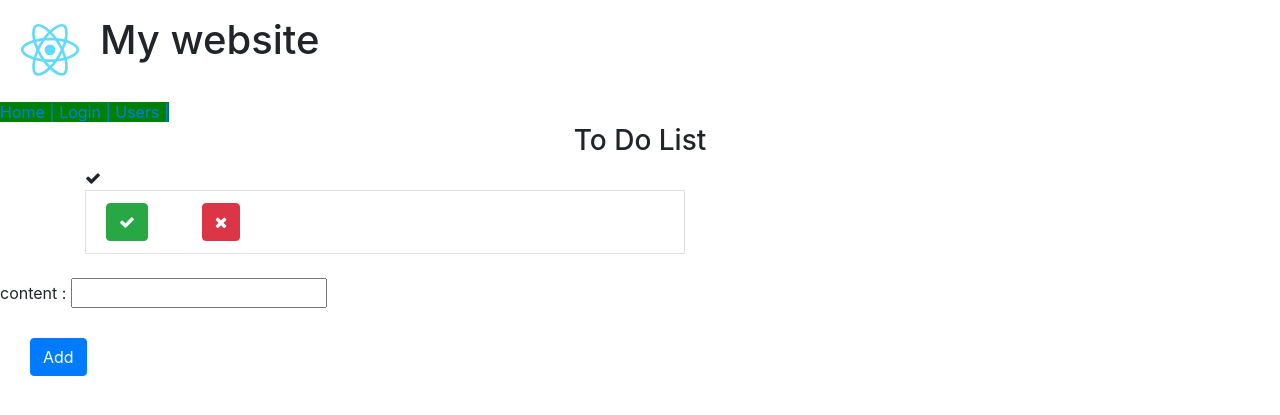
Repository: Marwa-Medhat/ReactJS-Labs
Page: /todolist (app in myapp/), after clicking the first element matching `button.btn`
An editor plug-in stored every save of this project. The page is shown before and after the next save, followed by the edit.
The browser window is 1280 px wide. The pictures show the whole page.
The project was rebuilt for these pictures with package versions that can differ from the ones it lists, and the page was loaded fresh each time.

Above is the page before, as saved 2021-04-28 20:55:00.

### myapp/src/index.js
import React from 'react';
import ReactDOM from 'react-dom';
import './index.css';
// import App from './App';
import App from './main';
import reportWebVitals from './reportWebVitals';

ReactDOM.render(
    <App />,
  document.getElementById('root')
);

// If you want to start measuring performance in your app, pass a function
// to log results (for example: reportWebVitals(console.log))
// or send to an analytics endpoint. Learn more: https://bit.ly/CRA-vitals
reportWebVitals();

### myapp/src/main.js
import React from "react";
import logo from './logo.svg';

import {
  BrowserRouter as Router,
  Switch,
  Route,
  Link,
  useRouteMatch,
  useParams
} from "react-router-dom";

import {Header,Menu} from './Header2'
import Todo from './todo'

class App extends React.Component{
    constructor(){
        super();
        this.state = {
            items:[
            {
                text:"Home",
                link:"/home"
            },
            {
                text:"Login",
                link:"/login"
            },
            {
                text:"Users",
                link:"/users"
            },

        ]
    }
    }

    toggleActive=(text)=>{

        this.state.items.forEach((item)=>item.active=false);
        let item = this.state.items.find(x=>x.text==text);
        item.active = !item.active
        this.setState({items:this.state.items});
    }
    render(){
        return <Router>
            <Header title="My website" logo={logo} menu={this.state.items} toggleActive={this.toggleActive} />
            <Switch>
                <Route path="/users" >
                    <UserList />
                </Route>
                <Route path="/login" >
                    <Login />
                </Route>
                <Route path="/" >
                    <Todo />
                </Route>
            </Switch>
        </Router>
    }
}


class Home extends React.Component{
    render(){
        return <div>Home</div>;
    }
}




class UserList extends React.Component{

    constructor(){
        super();
        this.state={
            users:[],
            loading:false
        };
    }

    async componentDidMount(){
        this.setState({loading:true});
        setTimeout(async ()=>{


        let res= await fetch("https://reqres.in/api/users?page=2",{
            method:"GET",
            headers:{
                "content-type":"application/json"
            }
        });
        let resJson = await res.json();
        this.setState({users:resJson.data,loading: false});
    },5000)
    }

    render(){
        return <div>
            {!this.state.loading ? this.state.users.map((item)=>{
                return <UserView key={item.id}  user={item} />
            }): "Loading Users"}
        </div>
    }
}

class Login extends React.Component{

    constructor(){
        super();
        this.state={
            username:"",
            email:"",
            password:""
        }
    }

    setInputValue=(e)=>{
        this.setState({[e.target.name]:e.target.value});
    }

    login=async ()=>{
        let user = {
            email:this.state.email,
            password:this.state.password
        }
        let res= await fetch("https://reqres.in/api/login",{
            method:"POST",
            headers:{
                "content-type":"application/json"
            },
            body:JSON.stringify(user)
        });
        let resJson = await res.json();
        if(resJson.token){
            alert("Login success");
        }else{
            alert(resJson.error)
        }
    }

    render(){
        return <div>
            <h1>Login</h1>
            Username:<input type="text" value={this.state.username} onChange={this.setInputValue} name="username" /><br/>
            Password:<input type="password" value={this.state.password} onChange={this.setInputValue} name="password" /><br/>
            Email:<input type="email" value={this.state.email} onChange={(e)=>this.setState({email:e.target.value})} name="email" /><br/>
            <button onClick={this.login}>Login</button>
        </div>
    }
}

class UserView extends React.Component{
    constructor(){
        super();

    }

    render(){
        return <div>
            <img src={this.props.user.avatar} style={{width:100,height:100}} /><br/>
            <span>{this.props.user.first_name} {this.props.user.last_name}</span>
            <div>Email : {this.props.user.email}</div>
        </div>
    }
}



export default App;

### myapp/src/Header2.js
import React from 'react';
import PropTypes from 'prop-types';
import {Link} from "react-router-dom";
class Header extends React.Component{

    render(){
        let h1Style={
            display:"inline-block"
        }

        return <div>
            <img style={{width:100,height:100}} src={this.props.logo} />
            <h1 style={h1Style} >{this.props.title}</h1>
            <Menu items={this.props.menu} toggleActive={this.props.toggleActive} />
        </div>
    }
}

Header.defaultProps ={
    title:"Website Title"
}

Header.propTypes = {
    title:PropTypes.string
}

class Menu extends React.Component{

    constructor(props){
        super();

    }

    render(){
        return <div>
            {this.props.items.map((item,i)=>{
                return <Link key={item.text} style={{backgroundColor:item.active?"red":"green"}} onClick={()=>this.props.toggleActive(item.text)} to={item.link} > {item.text} |</Link>
            })}
        </div>
    }
}

Menu.defaultProps={
    items:[]
}

export {Header,Menu};

### myapp/src/todo.js
import React from 'react';
import 'bootstrap/dist/css/bootstrap.min.css'
import { ListGroup } from 'react-bootstrap';
import 'font-awesome/css/font-awesome.min.css';

class Todo extends React.Component{
    constructor(){
        super();
        this.state={
            contents:[]
        }
    }

    componentDidMount(){
        if(localStorage["contents"]){
        let contents = JSON.parse(localStorage["contents"])
        this.setState({contents:contents})
        }
    }
    saveToLocalStorage=()=>{
        localStorage["contents"] = JSON.stringify(this.state.contents);
    }

    addContent=(content)=>{
        this.state.contents.push(content);
        this.setState({contents:this.state.contents});
        this.saveToLocalStorage();
    }




    render(){
        return <div>
            <h3 style={{textAlign:"center",}}>To Do List</h3>
            <div className="container center" >
            <DisplayTasks contents={this.state.contents} /><br/>
            </div>
            <AddTask style={{textAlign:"center",}}addContent={this.addContent} />
        </div>
    }

}


class AddTask extends React.Component{

    constructor(props){
        super();
        this.state={
            content:"",

        }
    }

    addContent=()=>{
        let content = {
            content:this.state.content,
        }

        this.props.addContent(content);
    }


    render(){
        return <div>
            content : <input type="text" value={this.state.content} onChange={(e)=>this.setState({content:e.target.value})} />
           <br/> <button onClick={this.addContent} className="btn btn-primary " style={{ margin: 30,}}>Add</button>
        </div>
    }
}


class DisplayTasks extends React.Component{
    render(){
        return <div class="list-group ">
            {this.props.contents.length > 0 ?this.props.contents.map((item)=>{
                return <DisplayTask content={item} key={item.content} />
            }):"Empty"}
        </div>
    }
}

DisplayTasks.defaultProps={
    contents:[]
}

class DisplayTask extends React.Component{

    // <i className="fa fa-times danger" ></i>
    render(){
        return <div>
            <i class="fa fa-check" aria-hidden="true"></i>
    <a href="#" class="list-group-item list-group-item-action " style={{width:600 ,fontWeight:'bolder'}}>{this.props.content.content} <button className="btn btn-success" style={{ marginRight: 50}}><i className="fa fa-check "></i></button>   <button className="btn btn-danger"><i className="fa fa-times btn-danger" ></i></button></a>

    </div>
    }
}
export default Todo;

Loaded but not shown: myapp/public/index.html (common file); myapp/src/index.css (common file); myapp/src/reportWebVitals.js (common file)

After the next save:
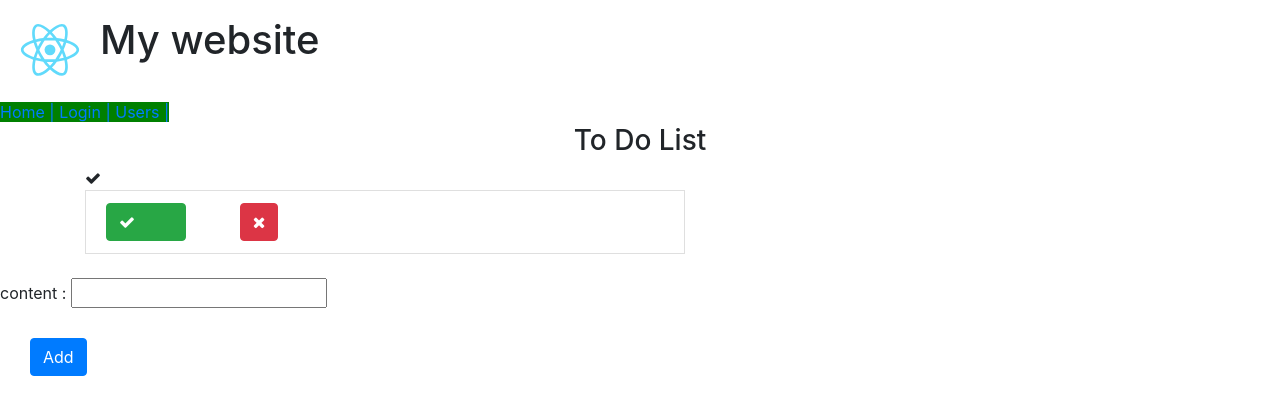
Saved 32 s later.
--- a/myapp/src/todo.js
+++ b/myapp/src/todo.js
@@ -91,7 +91,7 @@
     render(){
         return <div>
             <i class="fa fa-check" aria-hidden="true"></i>
-    <a href="#" class="list-group-item list-group-item-action " style={{width:600 ,fontWeight:'bolder'}}>{this.props.content.content} <button className="btn btn-success" style={{ marginRight: 50}}><i className="fa fa-check "></i></button>   <button className="btn btn-danger"><i className="fa fa-times btn-danger" ></i></button></a>
+    <a href="#" class="list-group-item list-group-item-action " style={{width:600 ,fontWeight:'bolder'}}>{this.props.content.content} <button className="btn btn-success" style={{ marginRight: 50,paddingRight:50}}><i className="fa fa-check "></i></button>   <button className="btn btn-danger"><i className="fa fa-times btn-danger" ></i></button></a>
 
     </div>
     }

After the save that followed:
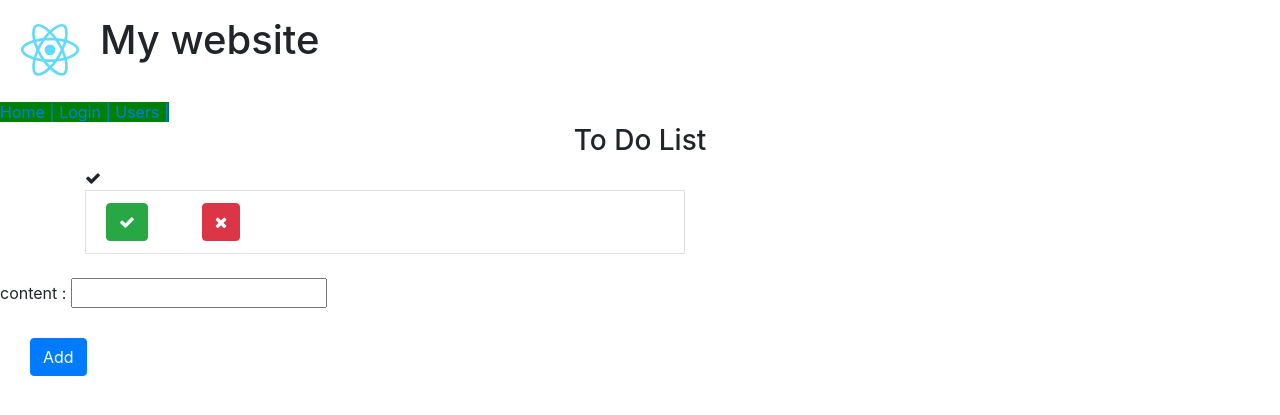
Saved 13 s later.
--- a/myapp/src/todo.js
+++ b/myapp/src/todo.js
@@ -91,7 +91,7 @@
     render(){
         return <div>
             <i class="fa fa-check" aria-hidden="true"></i>
-    <a href="#" class="list-group-item list-group-item-action " style={{width:600 ,fontWeight:'bolder'}}>{this.props.content.content} <button className="btn btn-success" style={{ marginRight: 50,paddingRight:50}}><i className="fa fa-check "></i></button>   <button className="btn btn-danger"><i className="fa fa-times btn-danger" ></i></button></a>
+    <a href="#" class="list-group-item list-group-item-action " style={{width:600 ,fontWeight:'bolder'}}>{this.props.content.content} <button className="btn btn-success" style={{ marginRight: 50}}><i className="fa fa-check "></i></button>   <button className="btn btn-danger"><i className="fa fa-times btn-danger" ></i></button></a>
 
     </div>
     }
